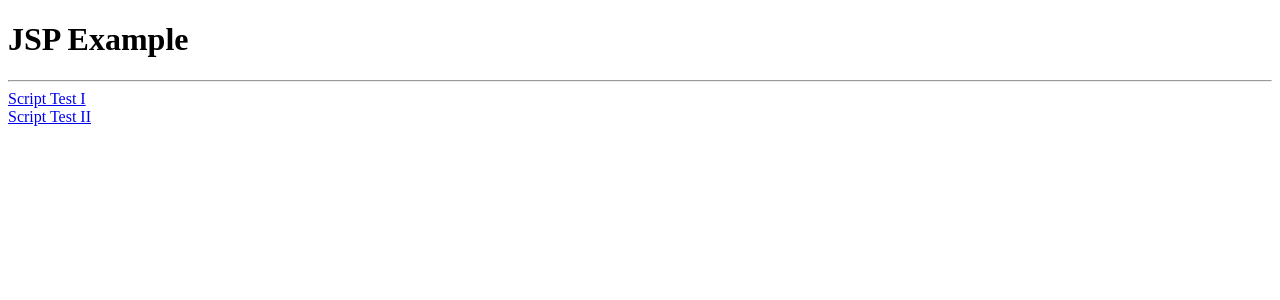
Repository: an-sehyeon/web_inworld
Page: http://localhost/web/index.jsp
These files come from the project's save history. The page is drawn as it stood at one moment and after the next save; the edit follows.
The browser window is 1280 px wide. The pictures show the whole page.
The page is served by Tomcat 10.

Above is the page before, as saved 2024-12-14 06:52:36.

After the next save:
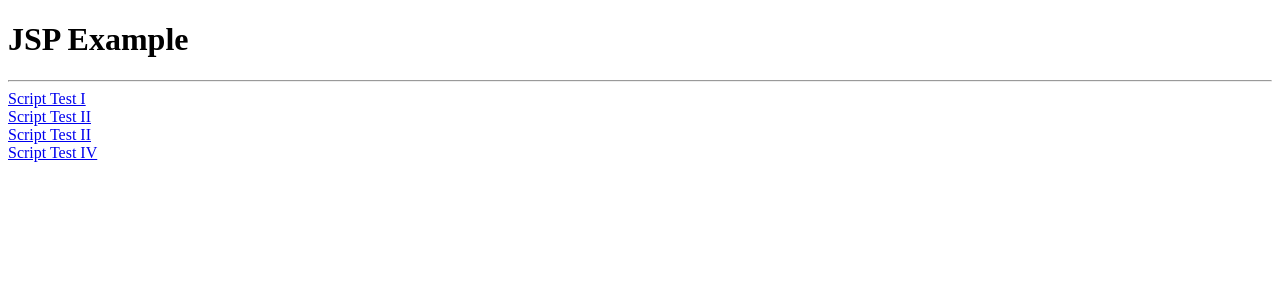
Saved 5 h 32 min later.
--- a/web_inwolrd/04_Servlet/dev/web/src/main/webapp/index.jsp
+++ b/web_inwolrd/04_Servlet/dev/web/src/main/webapp/index.jsp
@@ -11,5 +11,7 @@
 	<hr>
 	<a href="01_script_test.jsp">Script Test I</a><br>
 	<a href="02_script_test.jsp">Script Test II</a><br>
+	<a href="03_script_test.jsp">Script Test II</a><br>
+	<a href="04_script_test.jsp">Script Test IV</a><br>
 </body>
 </html>
